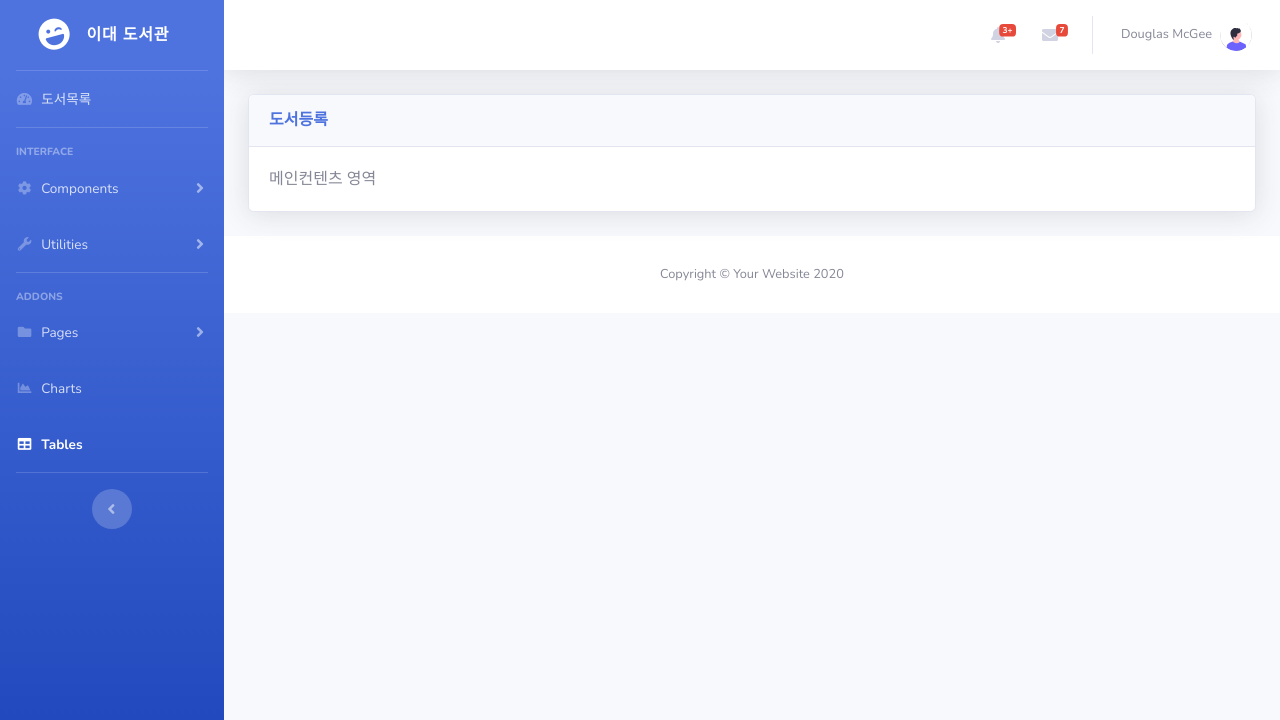
Repository: allely/spring
Page: http://localhost/jsp/book/reg.jsp
These files come from the project's save history. The page is drawn as it stood at one moment and after the next save; the edit follows.
The browser window is 1280 px wide. The pictures show the whole page.
The page is served by Tomcat 9.

Above is the page before, as saved 2023-11-27 01:38:45.

After the next save:
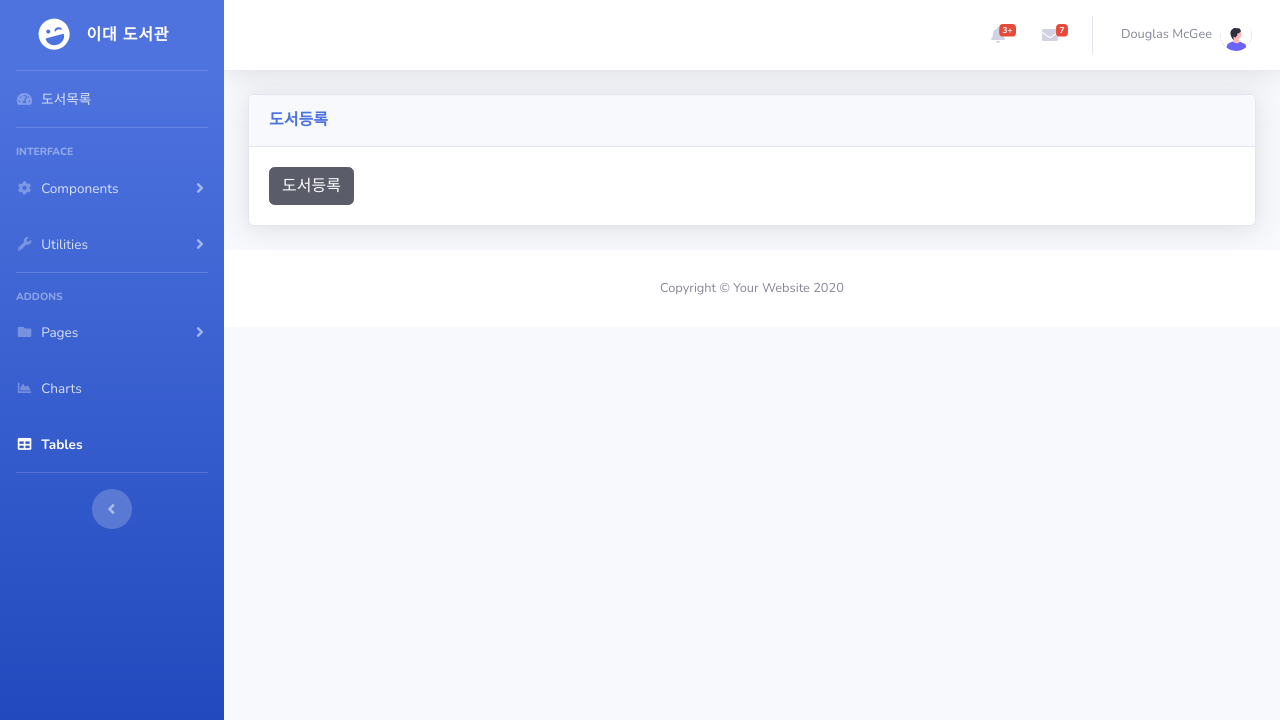
Saved 35 s later.
--- a/2. 서블릿 & JSP/jsp/jsp/src/main/webapp/book/reg.jsp
+++ b/2. 서블릿 & JSP/jsp/jsp/src/main/webapp/book/reg.jsp
@@ -19,7 +19,10 @@
 				</div>
 
 				<div class="card-body">
-				메인컨텐츠 영역
+				<!-- 폼등록 -->
+				<form>
+					<button type="button" class="btn btn-dark" id="regBtn">도서등록</button>
+				</form>
 				</div>
 
 			</div>
